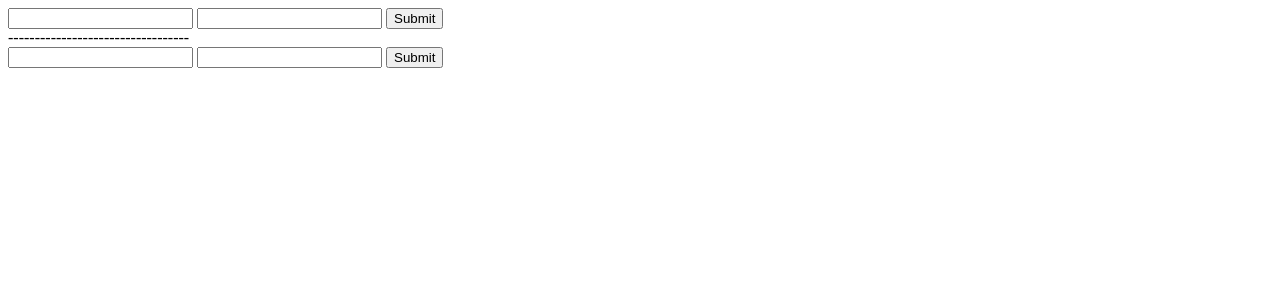
Repository: PriyatharsanD/SpringBoot
Page: http://localhost/AddFruit/add.jsp
The author's editor kept a copy of each file at every save. The page is drawn from the files as they stood at one save, then again after a run of saves.
The browser window is 1280 px wide. The pictures show the whole page.
The page is served by Tomcat 9. Other server files are loaded and not shown.

Above is the page before, as saved 2024-10-10 07:46:49.

### AddFruit/src/main/webapp/add.jsp
<%@ page language="java" contentType="text/html; charset=UTF-8"
    pageEncoding="UTF-8"%>
<!DOCTYPE html>
<html>
<head>
<meta charset="UTF-8">
<title>Insert title here</title>
</head>
<body>
	<form action="addfruit">
		<input type="text" name="name">
		<input type="number" name="price">
		<input type="submit">
	</form>
	----------------------------------
	<form action="fetchfruit">
		<input type="text" name="name">
		<input type="number" name="price">
		<input type="submit">
	</form>
</body>
</html>

After the next 2 saves:
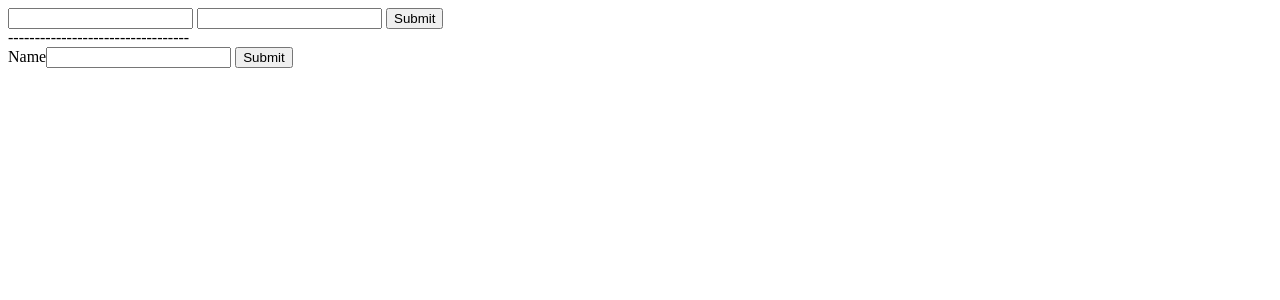
The 2 saves are shown as one change because they came seconds apart.
The last was saved 16 s later.
--- a/AddFruit/src/main/webapp/add.jsp
+++ b/AddFruit/src/main/webapp/add.jsp
@@ -14,8 +14,7 @@
 	</form>
 	----------------------------------
 	<form action="fetchfruit">
-		<input type="text" name="name">
-		<input type="number" name="price">
+		Name<input type="text" name="name">
 		<input type="submit">
 	</form>
 </body>
